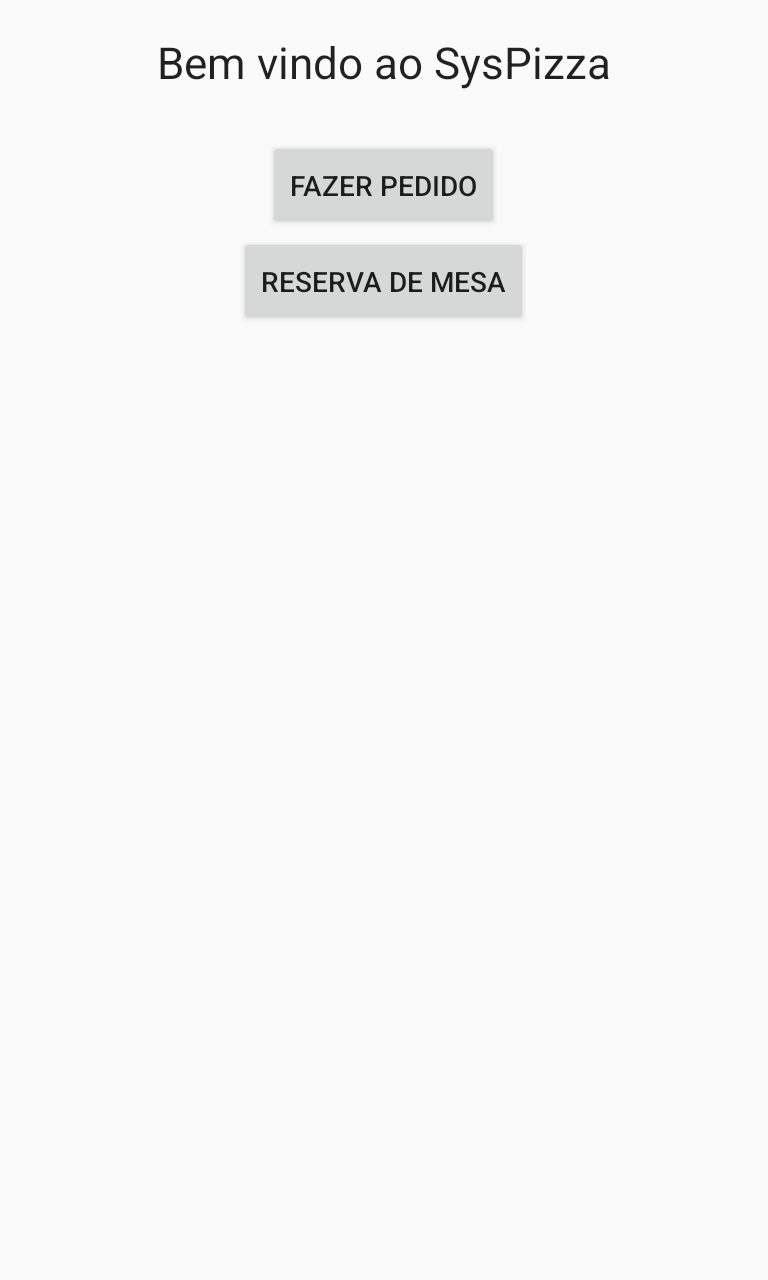
Repository: LucasSampaio/SysPizza-PSI
Layout: CodigoFonte/MOBILE/SysPizza/res/layout/activity_efetuar_pedido.xml
An editor plug-in stored every save of this project. The layout is shown before and after the next save, followed by the edit.
It is drawn on a 768 x 1280 px phone screen (xhdpi) without system bars, with theme AppTheme; the app's code is not run.

Above is the layout before, as saved 2014-09-20 01:07:09.

After the next save:
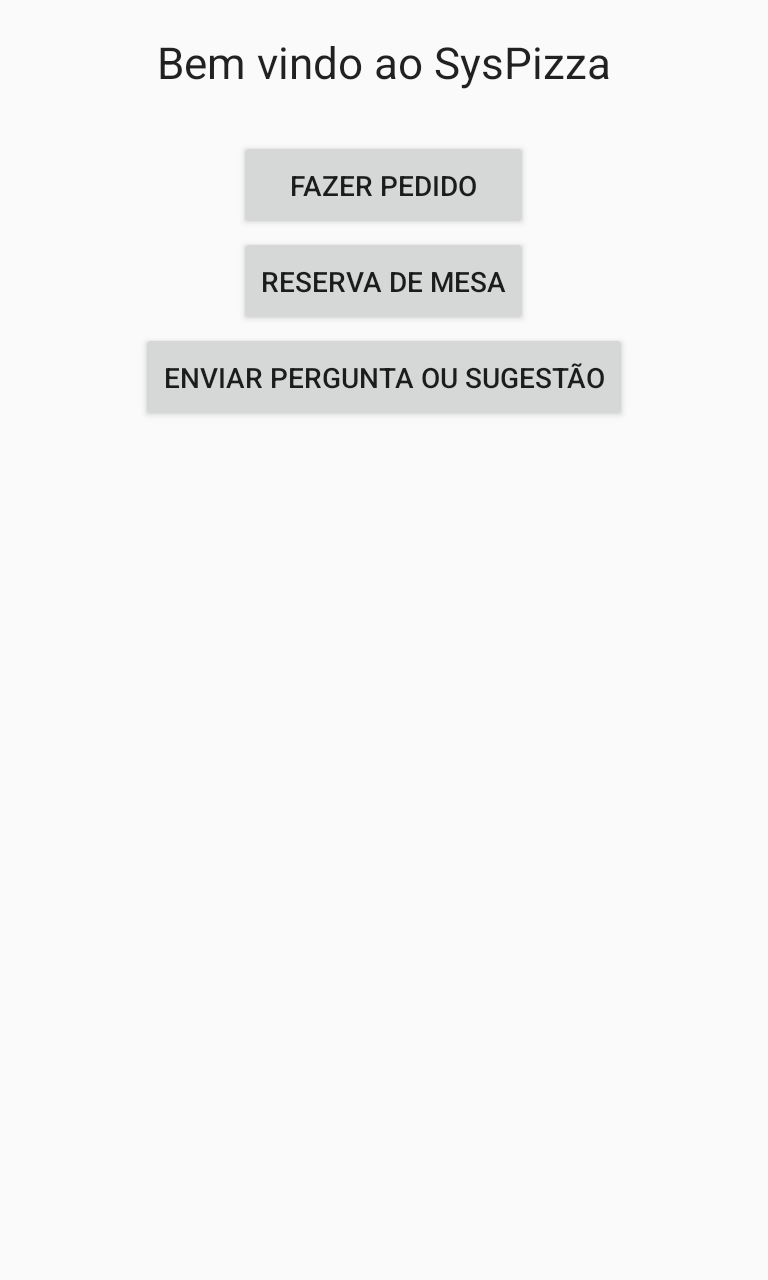
Saved 42 s later.
--- a/CodigoFonte/MOBILE/SysPizza/res/layout/activity_efetuar_pedido.xml
+++ b/CodigoFonte/MOBILE/SysPizza/res/layout/activity_efetuar_pedido.xml
@@ -21,8 +21,9 @@
         android:id="@+id/btEfetuarPedido"
         android:layout_width="wrap_content"
         android:layout_height="wrap_content"
+        android:layout_alignLeft="@+id/btSolicitarReserva"
+        android:layout_alignRight="@+id/btSolicitarReserva"
         android:layout_below="@+id/textView1"
-        android:layout_centerHorizontal="true"
         android:layout_marginTop="23dp"
         android:text="Fazer pedido" />
 
@@ -34,4 +35,12 @@
         android:layout_centerHorizontal="true"
         android:text="Reserva de mesa" />
 
+    <Button
+        android:id="@+id/btPerguntaESugestao"
+        android:layout_width="wrap_content"
+        android:layout_height="wrap_content"
+        android:layout_below="@+id/btSolicitarReserva"
+        android:layout_centerHorizontal="true"
+        android:text="Enviar pergunta ou sugestão" />
+
 </RelativeLayout>
